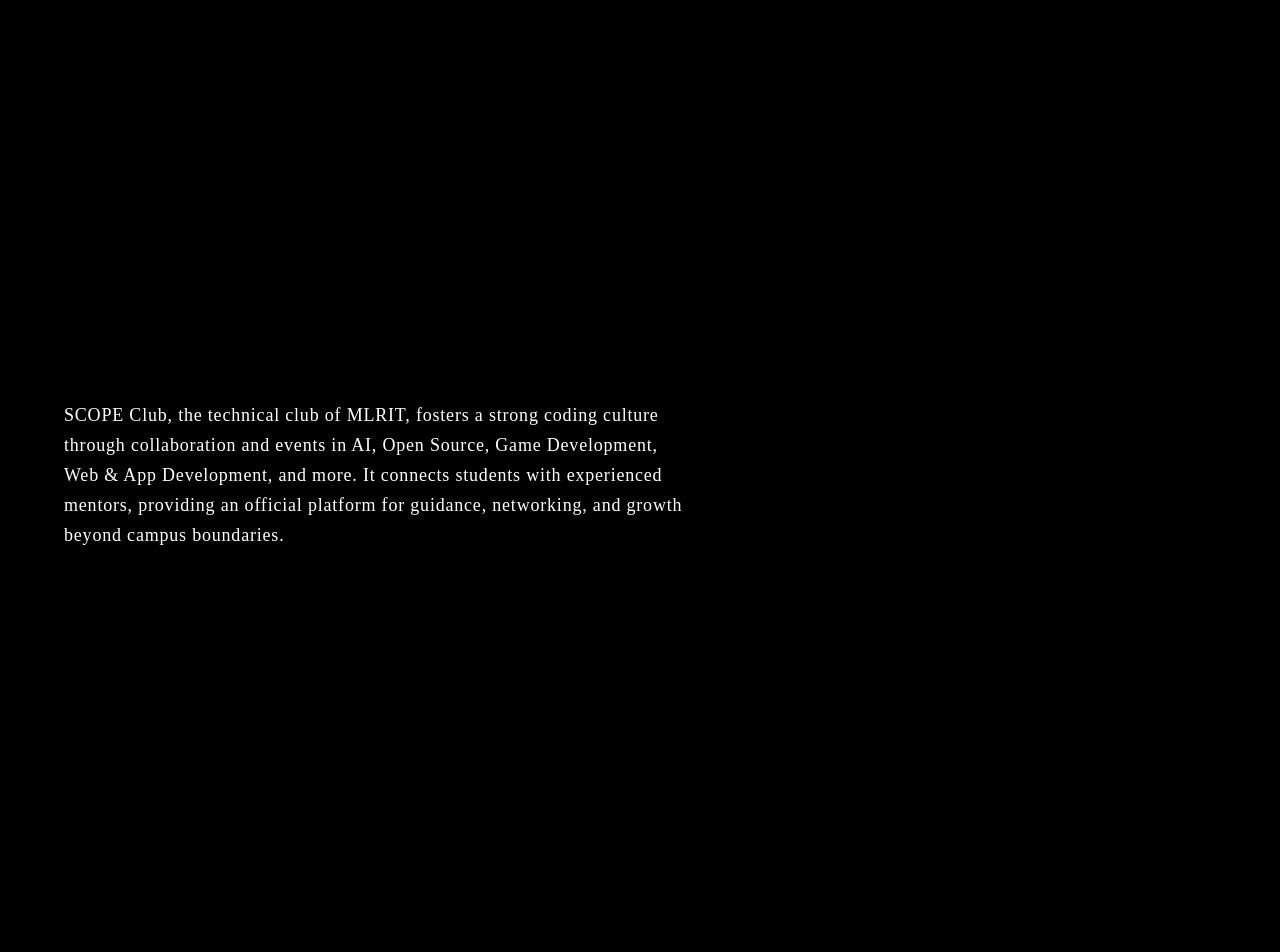
Repository: vajjipartisatwikraj/scopeclub
Page: /home
These files come from the project's save history. The page is drawn as it stood at one moment and after the next save; the edit follows.
The browser window is 1280 px wide. The pictures show the part of the page from y = 752 to 1704 px (the page is 4336 px tall).
Some web fonts or font styles are not loaded; a fallback is used. The project was rebuilt for these pictures with package versions that can differ from the ones it lists, and the page was loaded fresh each time. Also part of the build but not shown: src/components/Team/Team.css, src/Assets/Data/TeamData.js, src/Assets/Data/TeamData22.js, src/Assets/Data/TeamData23.js, src/Assets/Data/TeamData24.js, src/Assets/Data/TeamData25.js, src/Assets/Data/TeamData26.js, src/Assets/Data/TeamData27.js and 15 more.

Above is the page before, as saved 2025-02-16 14:36:16.

### public/index.html
<!DOCTYPE html>
<html lang="en">
  <head>
    <meta charset="utf-8" />
    <link rel="icon" href="%PUBLIC_URL%/favicon.ico" />
    <!-- Bootstrap CSS -->

    <meta name="viewport" content="width=device-width, initial-scale=1" />
    <meta name="theme-color" content="#000000" />
    <meta
      name="description"
      content="Web site created using create-react-app"
    />
    <link rel="apple-touch-icon" href="%PUBLIC_URL%/logo192.png" />
    <!--
      manifest.json provides metadata used when your web app is installed on a
      user's mobile device or desktop. See https://developers.google.com/web/fundamentals/web-app-manifest/
    -->
    <link rel="manifest" href="%PUBLIC_URL%/manifest.json" />
    <!--
      Notice the use of %PUBLIC_URL% in the tags above.
      It will be replaced with the URL of the `public` folder during the build.
      Only files inside the `public` folder can be referenced from the HTML.

      Unlike "/favicon.ico" or "favicon.ico", "%PUBLIC_URL%/favicon.ico" will
      work correctly both with client-side routing and a non-root public URL.
      Learn how to configure a non-root public URL by running `npm run build`.
    -->
    <title>React App</title>
    <script type="module" src="https://unpkg.com/@splinetool/viewer@1.9.68/build/spline-viewer.js"></script>

    <link href="https://cdn.jsdelivr.net/npm/bootstrap@5.3.3/dist/css/bootstrap.min.css" rel="stylesheet" integrity="sha384-QWTKZyjpPEjISv5WaRU9OFeRpok6YctnYmDr5pNlyT2bRjXh0JMhjY6hW+ALEwIH" crossorigin="anonymous">
  </head>
  <body>
    <noscript>You need to enable JavaScript to run this app.</noscript>
    <div id="root"></div>
    <!--
      This HTML file is a template.
      If you open it directly in the browser, you will see an empty page.

      You can add webfonts, meta tags, or analytics to this file.
      The build step will place the bundled scripts into the <body> tag.

      To begin the development, run `npm start` or `yarn start`.
      To create a production bundle, use `npm run build` or `yarn build`.
    -->
    <script src="https://cdn.jsdelivr.net/npm/bootstrap@5.3.3/dist/js/bootstrap.bundle.min.js" integrity="sha384-YvpcrYf0tY3lHB60NNkmXc5s9fDVZLESaAA55NDzOxhy9GkcIdslK1eN7N6jIeHz" crossorigin="anonymous"></script>
  </body>
</html>

### src/App.js
import { BrowserRouter as Router, Routes, Route } from 'react-router-dom';
import Navbar from './components/Navbar';
import Home from './components/Home';
import Teams from './components/Team/Team';
import Events from './components/Events/Events';
import Resources from './components/resources/Resources';
import './App.css';
import { gsap } from 'gsap';
import { ScrollTrigger } from 'gsap/ScrollTrigger';
import React, { useEffect} from 'react';
import Footer from './components/Footer';
import ContactUs from './components/ContactUs/ContactUs';

gsap.registerPlugin(ScrollTrigger);

function App() {


  useEffect(() => {
    setTimeout(() => {
      const coords = { x: 0, y: 0 };
      const circles = document.querySelectorAll('.circle');
      if (circles.length === 0) return;

      circles.forEach((circle) => {
        circle.x = 0;
        circle.y = 0;
      });

      window.addEventListener('mousemove', (e) => {
        coords.x = e.clientX;
        coords.y = e.clientY;
      });

      function animateCircles() {
        let x = coords.x;
        let y = coords.y;

        circles.forEach((circle, index) => {
          if (!circle) return;

          circle.style.left = `${x - 12}px`;
          circle.style.top = `${y - 12}px`;
          circle.style.scale = (circles.length - index) / circles.length;
          circle.x = x;
          circle.y = y;

          const nextCircle = circles[index + 1] || circles[0];
          x += (nextCircle.x - x) * 0.3;
          y += (nextCircle.y - y) * 0.3;
        });

        requestAnimationFrame(animateCircles);
      }

      animateCircles();
    }, 100);
  }, []);

  return (
    <>
    <Router>
      <Navbar />
      <Routes>
        <Route path="/home" element={<Home />} />
        <Route path="/teams" element={<Teams />} />
        <Route path="/events" element={<Events />} />
        <Route path="/resources" element={<Resources />} />
        <Route path="/contact" element={<ContactUs />} />
      </Routes>
      <Footer/>
    </Router>
    {/* Cursor effect elements */}
    {[...Array(20)].map((_, index) => (
      <div key={index} className="circle"></div>
    ))}</>
  );
}

export default App;

### src/components/Navbar.js
import {React, useEffect, useState} from 'react';
import { Link } from 'react-router-dom';
import './Navbar.css';

function Navbar() {

  const [showNavbar, setShowNavbar] = useState(true);
  let lastScrollY = window.scrollY;

  useEffect(() => {
    const handleScroll = () => {
      if (window.scrollY > lastScrollY) {
        setShowNavbar(false); // Hide on scroll down
      } else {
        setShowNavbar(true); // Show on scroll up
      }
      lastScrollY = window.scrollY;
    };

    window.addEventListener("scroll", handleScroll);

    return () => {
      window.removeEventListener("scroll", handleScroll);
    };
  }, []);

  return (
    <div className={`NAVBAR ${showNavbar ? "visible" : "hidden"}`}>
      <nav className="navbar navbar-expand-lg">
        <div className="container-fluid d-flex">
          <div className="scope-logo"></div>
          <button
            className="navbar-toggler order-lg-2"
            type="button"
            data-bs-toggle="collapse"
            data-bs-target="#navbarSupportedContent"
            aria-controls="navbarSupportedContent"
            aria-expanded="false"
            aria-label="Toggle navigation"
          >
            <span className="navbar-toggler-icon"></span>
          </button>
          <div className="collapse navbar-collapse order-lg-3" id="navbarSupportedContent">
            <ul className="navbar-nav mx-auto mb-2 mb-lg-0 nav-bar d-flex justify-content-around">
              <li className="nav-item">
                <Link className="nav-link active" to="/home">Home</Link>
              </li>
              <li className="nav-item">
                <Link className="nav-link" to="/teams">Team</Link>
              </li>
              <li className="nav-item">
                <Link className="nav-link" to="/events">Events</Link>
              </li>
              <li className="nav-item">
                <Link className="nav-link" to="/resources">Resources</Link>
              </li>
              <li className="nav-item">
                <Link className="nav-link" to="/contact">Contact Us</Link>
              </li>
            </ul>
            <form className="d-flex order-lg-4" role="search">
              <a href="https://linktr.ee/mlritscope" className="linktree">
              <button  className="btn btn-outline-success joinus-btn" type="submit">Join Us</button>
              </a>

            </form>
          </div>
        </div>
      </nav>
    </div>
  );
}

export default Navbar;

### src/App.css

* {
  padding: 0px;
  margin: 0px;
}

::-webkit-scrollbar {
  display: none;
}

@font-face {
  font-family: "turnkey-bold";
  src: url(C:\Users\SATWIK\OneDrive\Desktop\scope-website\public\fonts\TurnkeyLite-Bold.otf)
    format("woff2");
  font-weight: normal;
  font-style: normal;
}

@font-face {
  font-family: "turnkey-medium";
  src: url(C:\Users\SATWIK\OneDrive\Desktop\scope-website\public\fonts\TurnkeyLite-Medium.otf)
    format("woff2");
  font-weight: normal;
  font-style: normal;
}

@font-face {
  font-family: "turnkey-light";
  src: url(C:\Users\SATWIK\OneDrive\Desktop\scope-website\public\fonts\TurnkeyLite-ExtraLight.otf)
    format("woff2");
  font-weight: normal;
  font-style: normal;
}


@font-face {
  font-family: 'MADE-OUTER-SANS';
  src: url('../public/fonts/MADEOuterSansBoldPERSONALUSE.otf') format('truetype');
}

.green-container {
  width: 100%;
  height: 112vh;
  display: flex;
  justify-content: center;
}

.inner-container {
  position: relative; /* Needed for absolute positioning */
  width: 95%;
  height: 85%;
  border-radius: 0px 0px 19.548px 19.548px;
  overflow: hidden;
  display: flex;
  justify-content: space-between;
  background: linear-gradient(
    180deg,
    rgba(0, 0, 0, 0.33) 0%,
    rgba(9, 16, 0, 0.37) 54.9%,
    rgba(35, 63, 0, 0.5) 76.4%,
    rgba(68, 124, 0, 0.5) 98.4%
  );
}

.circle-light {
  position: relative;
  top: 30%;
  left: 40%;
  width: 20%;
  height: 20%;
  border-radius: 500px;
  background-color: rgba(87, 201, 90, 0.5);
  filter: blur(303.035400390625px);
}

.grid-image-left {
  width: 40%;
  height: 100%;
  position: relative;
  bottom: 0%;
  background-image: url(C:\Users\SATWIK\OneDrive\Desktop\scope-website\public\images\Vector1.png);
  background-size: cover;
  background-size: contain;
  background-repeat: no-repeat;
  background-position: right bottom;
}

.grid-image-right {
  width: 40%;
  height: 100%;
  position: relative;
  bottom: 0%;
  background-image: url(C:\Users\SATWIK\OneDrive\Desktop\scope-website\public\images\Vector2.png);
  background-size: cover;
  background-size: contain;
  background-repeat: no-repeat;
  background-position: left bottom;
  z-index: 2;
}

.top-layer {
  position: absolute;
  z-index: 1;
  display: flex;
  align-items: center;
  flex-direction: column;
  align-items: center;
  top: 30%;
}

.head {
  font-family: turnkey-bold;
  color: white;
  font-size: 500%;
  letter-spacing: -2px;
  margin-bottom: 0px;
}

.highlighted {
  font-family: turnkey-bold;
  color: #36be00;
}

.caption {
  margin-top: 1%;
  font-family: turnkey-light;
  font-size: 16px;
  font-weight: 100;
  color: white;
  width: 60%;
  line-height: 154.513%; /* 25.29px */
  letter-spacing: 1px;
  text-align: center;
}

.hw-container {
  margin-bottom: 3%;
  width: 200px;
  height: 8vh;
  border-radius: 27.44px;
  border: 0.61px solid #36be00;
  box-shadow: 0px 0px 4.878px 2.439px rgba(54, 190, 0, 0.25);
  display: flex;
  align-items: center;
  justify-content: space-around;
  padding-left: 10px;
}

.hw-text {
  font-family: turnkey-light;
  font-size: 25px;
  color: white;
  margin: 0px;
  width: fit-content;
  text-overflow: ellipsis;
}

.hw-arrow {
  width: 20%;
  height: 90%;
  position: relative;
  background-image: url(C:\Users\SATWIK\OneDrive\Desktop\scope-website\public\images\arrow.png);
  background-size: cover;
  background-size: contain;
  background-repeat: no-repeat;
  background-position: center;
}

.fontChange {
  font-family: "Gill Sans", "Gill Sans MT", Calibri, "Trebuchet MS", sans-serif;
}

@keyframes expandCircle {
  0% {
    width: 0px;
    height: 0px;
    opacity: 0;
  }
  100% {
    width: var(--circle-size);
    height: var(--circle-size);
    opacity: 1;
  }
}

div.circles {
  width: 50%;
  height: 10vh;
  position: absolute;
  z-index: 1;
  display: flex;
  justify-content: center;
  align-items: center;
  top: 100%;
  left: 25%;
  opacity: 0.3;
}

div.circle1,
div.circle2,
div.circle3 {
  position: absolute;
  border-radius: 50%;
  animation: expandCircle 0.6s cubic-bezier(0.25, 1, 0.5, 1) forwards;
}

/* Circle 1 */
div.circle1 {
  --circle-size: 300px;
  background: rgba(0, 135, 4, 0.5);
  animation-delay: 0s;
}

/* Circle 2 */
div.circle2 {
  --circle-size: 400px;
  background: rgba(43, 145, 46, 0.2);
  animation-delay: 0.15s;
}

/* Circle 3 */
div.circle3 {
  --circle-size: 500px;
  background: rgba(43, 145, 46, 0.2);
  animation-delay: 0.3s;
}

.inside-scope {
  width: 100%;
  height: 100%;
  margin-top: 10%;
  margin-bottom: 10%;
  display: flex;
  align-items: center;
}

@keyframes expandBlurredCircle {
  from {
    width: 0;
    height: 0;
    opacity: 0;
    filter: blur(0px);
  }
  to {
    width: 40%;
    height: 80%;
    opacity: 1;
    filter: blur(200px);
  }
}

.is-circle-light {
  position: absolute;
  align-items: center;
  z-index: 1;
  height: 80%;
  width: 40%;
  border-radius: 500px;
  background: rgba(51, 217, 11, 0.25);
  filter: blur(200px);
  opacity: 0; /* Initially hidden */
  animation: expandBlurredCircle 1s ease-out forwards;
  animation-play-state: paused; /* Pause the animation initially */
}

/* Use a scroll-based approach to trigger the animation */
@media (prefers-reduced-motion: no-preference) {
  .is-circle-light {
    animation-play-state: running; /* Start the animation */
    animation-timeline: view();
  }
}

.is-top-layer {
  display: flex;
  align-items: center;
  justify-content: center;
  gap: 30px;
  z-index: 5;
  padding-left: 5%;
  padding-right: 5%;
}

.is-image {
  width: 100%;
  height: 70vh;
  overflow: hidden;
}

spline-viewer {
  transform: scale(1.3); /* Adjust scale to zoom in */
  width: 120%; /* Make it wider */
  height: 100%; /* Make it taller */
}

.is-contents {
  align-items: start;
  display: flex;
  flex-direction: column;
  gap: 20px;
}

.is-head {
  font-family: turnkey-light;
  color: white;
  font-size: 5vw;
  letter-spacing: -2px;
  margin: 0px;
}

.is-caption {
  width: 80%;
  font-size: 18px;
  color: white;
  font-family: turnkey-light;
  line-height: 30px; /* 150% */
  letter-spacing: 0.05rem;
}

body {
  background-color: black;
  margin: 0;
}

.circle {
  height: 24px;
  width: 24px;
  border-radius: 50%;
  background-color: white;
  position: fixed;
  top: 0;
  left: 0;
  pointer-events: none;
  z-index: 99999999; /* Ensures it stays on top */
  opacity: 0.8;
  transition: transform 0.1s ease-out;
}

/*What do we do?*/

.wdwd {
  width: 100%;
  height: 100%;
  padding: 5%;
  display: flex;
  flex-direction: column;
  align-items: center;
  padding-top: 0px;
  padding-bottom: 0px;
}

.wdwd-head {
  font-size: 60px;
  font-family: turnkey-light;
  color: white;
}

.wdwd-main-container {
  margin: 150px;
  margin-top: 60px;
}

.wdwe-01-container,
.wdwe-02-container,
.wdwe-03-container {
  display: flex;
  align-items: center;
  padding-top: 50px;
  gap: 10%;
}

.wdwd-01-num,
.wdwd-02-num,
.wdwd-03-num {
  -webkit-text-stroke-width: 1px;
  -webkit-text-stroke-color: #36be00;
  color: transparent;
  font-family: turnkey-bold;
  font-size: 300px;
  font-style: normal;
  font-weight: 700;
  line-height: normal;
  transition: color 0.3s ease-in-out;
}

.wdwd-01,
.wdwd-02,
.wdwd-03 {
  display: flex;
  flex-direction: column;
  gap: 20px;
}

.wdwd-01-head,
.wdwd-02-head,
.wdwd-03-head {
  width: fit-content;
  padding-bottom: 10px;
  color: #fff;
  font-family: "FONTSPRING DEMO - Turnkey Medium";
  font-size: 50px;
  font-style: normal;
  font-weight: 500;
  line-height: normal;
  border-bottom: 4px solid #33d90b;
  margin: 0px;
}

.wdwd-01-content,
.wdwd-02-content,
.wdwd-03-content {
  color: #ffffffdb;
  font-family: turnkey-light;
  font-size: 16px;
  font-style: normal;
  font-weight: 100;
  line-height: normal;
  letter-spacing: 0.05rem;
}

/*brand-events */

.brand-events {
  height: 70vh;
  padding-top: 50px;
  margin-bottom: 200px;
  margin: 200px;
  display: flex;
  flex-direction: column;
  gap: 60px;
  margin-top: 0px;
}

.brand-events-top-container {
  display: flex;
  flex-direction: column;
  gap: 20px;
}


.brand-events-bottom-container {
  padding-bottom: 100px;
}

.brand-events-head {
  font-size: 60px;
  font-family: turnkey-bold;
  color: white;
}

.brand-events-caption {
  color: #ffffffdb;
  font-family: turnkey-light;
  font-size: 16px;
  font-style: normal;
  font-weight: 100;
  line-height: normal;
  letter-spacing: 0.05rem;
}

.logo-container {
  width: 100%;
  display: grid;
  gap: 60px;
  justify-content: center;
  align-items: center;
}

.logo {
  width: 60%;
  height: auto;
  object-fit: contain;
}

.line{
  color: #808080;
  height: 1px;
  width: 100%;
}

.footer-container{
  display: flex;
  flex-direction: column;
  align-items: center;
  justify-content: center;
  gap: 10%;
  height: 115%;
  padding: 5%;
}


.footer-bottom-container{
  width: 90%;
  display: flex;
  align-items: flex-start;
  gap: 15%;
  margin-top: 10%;
}

.footer-top-container{
  width: 100%;
  display: flex;
  padding: 4%;
  align-items: center;
  justify-content: center;
  gap: 70px;
  padding-bottom: 0px;
}

.scope,.mlrit{
  width: 20%;
  height: 7vh;
  position: relative;
  background-image: url(C:\Users\SATWIK\OneDrive\Desktop\scope-website\public\images\scope.png);
  background-size: cover;
  background-size: contain;
  background-repeat: no-repeat;
  background-position: center;
}

.mlrit{
  background-image: url(C:\Users\SATWIK\OneDrive\Desktop\scope-website\public\images\mlrit.png);
  height: 5vh;
}

.flwus-text,.writeus-text,.meet-text{
  font-family: turnkey-medium;
  font-size: 2.5rem;
  color: #33d90b;
}

.flwus-content,.writeus-content,.meet-content{
  font-family: turnkey-light;
  font-size: 1rem;
  color: #fff;
  letter-spacing: 0.05rem;
}

.social{
  display: flex;
}

.twitter,.instagram,.linkedIn,.github{
  height: 10vh;
  width: 30%;
  margin: 10px;
  margin-top: 0px;
  fill: #fff;
  cursor: pointer;
}

/* Desktop: 2x4 grid */
@media (min-width: 1024px) {
  .logo-container {
    grid-template-columns: repeat(4, 1fr);
    grid-template-rows: repeat(2, auto);
  }
}

/* Tablet: 3x3 grid */
@media (min-width: 768px) and (max-width: 1023px) {
  .logo-container {
    grid-template-columns: repeat(3, 1fr);
    grid-template-rows: repeat(3, auto);
  }
  .circle {
    visibility: hidden;
  }
}

/* Mobile: 3x3 grid */
@media (max-width: 768px) {


  .green-container{
    height: 100vh;
  }

  .hw-container {
    height: 6vh;
    width: 40%;
    padding-right: 5px;
  }

  .top-layer{
    top: 25%;
  }

  .head{
    text-align: center;
    margin-top: 5%;
    font-size: 50px;
    margin-bottom: 5%;
    line-height: 55px;
  }

  .caption{
    width: 80%;
    font-size: 15px;
  }


  .hw-text {
    font-size: 20px;
  }

  .inside-scope{
    margin-top: 0%;
  }

  .is-head{
    font-size: 13vw;

  }

  .is-caption{
    font-size: 13px;
    width: 100%;
    line-height: 20px;
    letter-spacing: 0.01rem;
  }

  .is-top-layer{
    flex-direction: column;
  }

  .is-image{
    height: 50vh;
    width: 200%;
  }
  /* Circle 1 */
  div.circle1 {
    --circle-size: 300px;
  }

  /* Circle 2 */
  div.circle2 {
    --circle-size: 400px;
  }

  /* Circle 3 */
  div.circle3 {
    --circle-size: 500px;
  }
  .circle {
    visibility: hidden;
    pointer-events: none;
  }

  .wdwd-head{
    font-size: 45px;
    margin-top: 30%;

  }

  .wdwd-main-container{
    display: flex;
    flex-direction: column;
    gap: 50px;
    margin: 5%;
  }

  .wdwd-01-num,
  .wdwd-02-num,
  .wdwd-03-num {
    font-size: 50px;
    width: fit-content;
    -webkit-text-stroke-width: 0.5px;
  }

  .wdwd-01-head,
  .wdwd-02-head,
  .wdwd-03-head {
    font-family: turnkey-bold;
    font-size: 30px;
    border-bottom: 1px solid #33d90b;
  }

  .wdwd-01-content,
  .wdwd-02-content,
  .wdwd-03-content {
    font-size: 13px;
  }

  .brand-events-head {
    font-size: 37px;
  }

  .brand-events {
    margin: 10px;
    padding: 5%;
    margin-top: 30%;
  }

  .brand-events-caption{
    font-size: 13px;
  }

  .logo-container {
    grid-template-columns: repeat(3, 1fr);
    grid-template-rows: repeat(3, auto);
    gap: 25px;
  }

  .flwus-text,.writeus-text,.meet-text{
    font-family: turnkey-medium;
    font-size: 30px;
    color: #33d90b;
  }

  .flwus-content,.writeus-content,.meet-content{
    font-size: 14px;
    letter-spacing: 0.2px;
  }


  .footer-top-container{
    gap: 5%;
  }

  .footer-bottom-container{
    flex-direction: column;
    gap: 50px;
  }

  .social{
    gap: 10px;
  }

  .twitter,.instagram,.linkedIn,.github{
    height: fit-content;
    width: 15%;
    margin: 3px;
    margin-top: 0px;
    fill: #fff;
    cursor: pointer;
  }
}

### src/components/Navbar.css
body {
  background-color: black;
}

.NAVBAR{
    position: fixed;
    top: 0px;
    width: 100%;
    z-index: 10;
}

.NAVBAR.hidden {
  transform: translateY(-100%);
}

.NAVBAR.visible {
  transform: translateY(0);
}

nav {
  margin-top: 1%;
  margin-left: 3%;
  margin-right: 3%;
}

.nav-item {
  display: flex;
  align-items: center;
}

.navbar-toggler-icon{
  background-image: url(C:\Users\SATWIK\OneDrive\Desktop\scope-website\public\images\nav.png);
  background-size: cover;
  background-size: contain;
  background-repeat: no-repeat;
  background-position: center;
}

ul.navbar-nav.mx-auto.mb-2.mb-lg-0.nav-bar {
  border: 1px solid white;
  border-radius: 100px;
  width: 45%;
  height: 55.089px;
  color: white;
  border-radius: 27.545px;
  border: 0.874px solid #363636;
  backdrop-filter: blur(5px);
  box-shadow: 0px 0px 3.498px 8.744px rgba(0, 0, 0, 0.25);
}

.nav-link,
.nav-link.active {
  font-size: 17px;
  font-family: turnkey-light;
  color: white !important;
}

.nav-link:hover{
  color: #36be00 !important;
}


.joinus-btn {
  width: 146px;
  height: 47.351px;
  border-radius: 32.751px;
  border: 1px solid rgba(255, 255, 255, 0.9);
  background: #36be00;
  font-family: turnkey-medium;
  color: white;
  font-size: 20px;
}

.scope-logo {
  width: 10%;
  height: 10vh;
  position: relative;
  background-image: url(C:\Users\SATWIK\OneDrive\Desktop\scope-website\public\images\scope-logo.png);
  background-size: cover;
  background-size: contain;
  background-repeat: no-repeat;
  background-position: center;
}


/* Desktop: 2x4 grid */
@media (min-width: 1024px) {

}

/* Tablet: 3x3 grid */
@media (min-width: 768px) and (max-width: 1023px) {

}


/* Mobile: 3x3 grid */
@media (max-width: 768px) {
  .scope-logo{
    width: 30%;
  }
  .nav-link.active {
    background-color: rgb(33, 33, 33);
    border-radius: 10px;
    padding: 10px 30px 10px 30px;
    width: 200%;
  }
  ul.navbar-nav.mx-auto.mb-2.mb-lg-0.nav-bar {
    display: flex;
    flex-direction: column;
    align-items: center;
    width: 100%;
    height: 100%;
    border-radius: 0px;
    border: 0px;
    background-color: black;
  }
  .joinus-btn{
    visibility: hidden;
    pointer-events: none;
  }
}

Loaded but not shown: src/index.js (common file); src/index.css (common file); src/reportWebVitals.js (common file); src/components/Home.js (164 lines, source omitted); src/components/Footer.js (38 lines, source omitted)

After the next save:
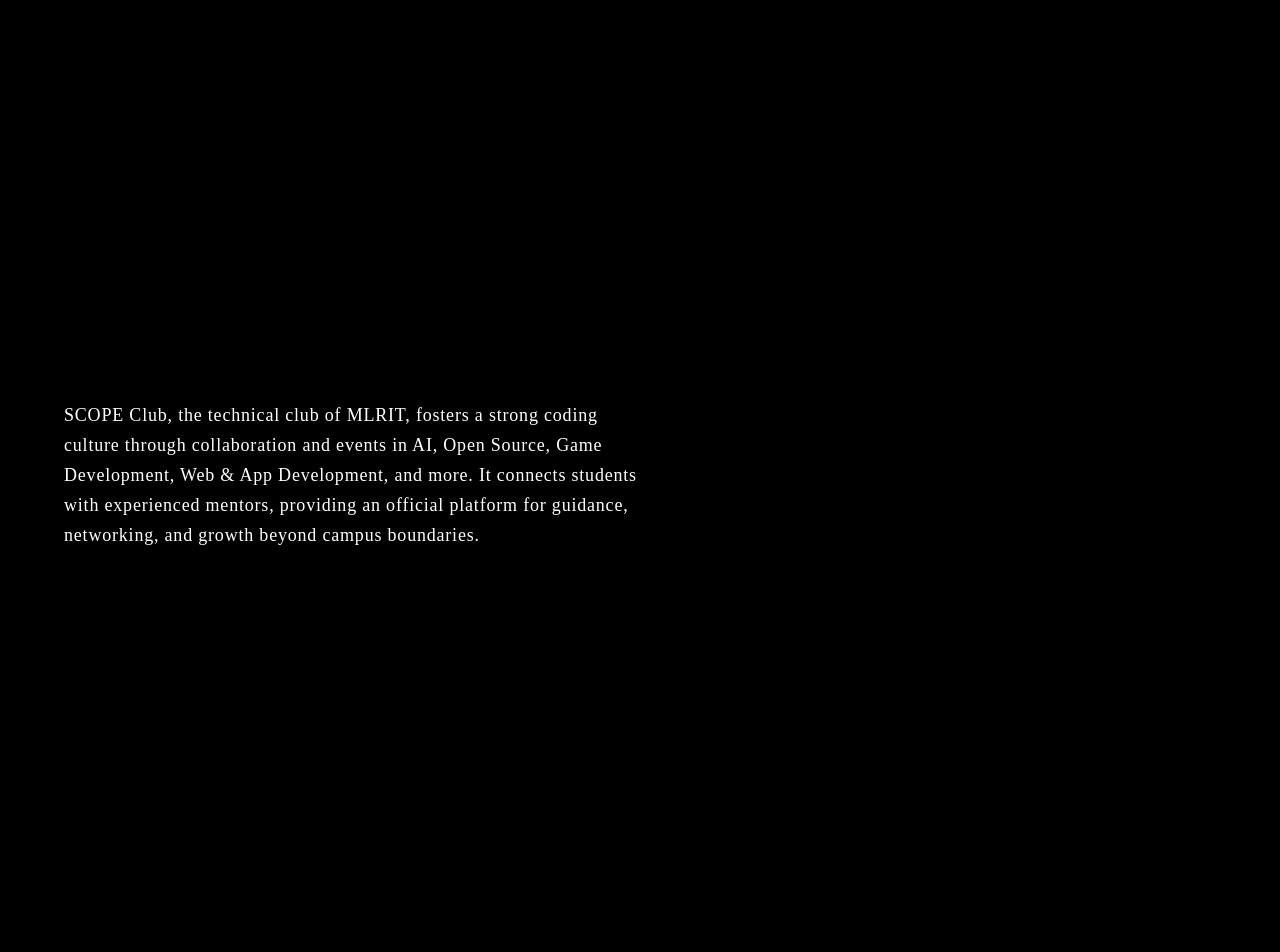
Saved 51 s later.
--- a/src/App.css
+++ b/src/App.css
@@ -282,7 +282,7 @@
 }
 
 .is-image {
-  width: 100%;
+  width: 130%;
   height: 70vh;
   overflow: hidden;
 }
